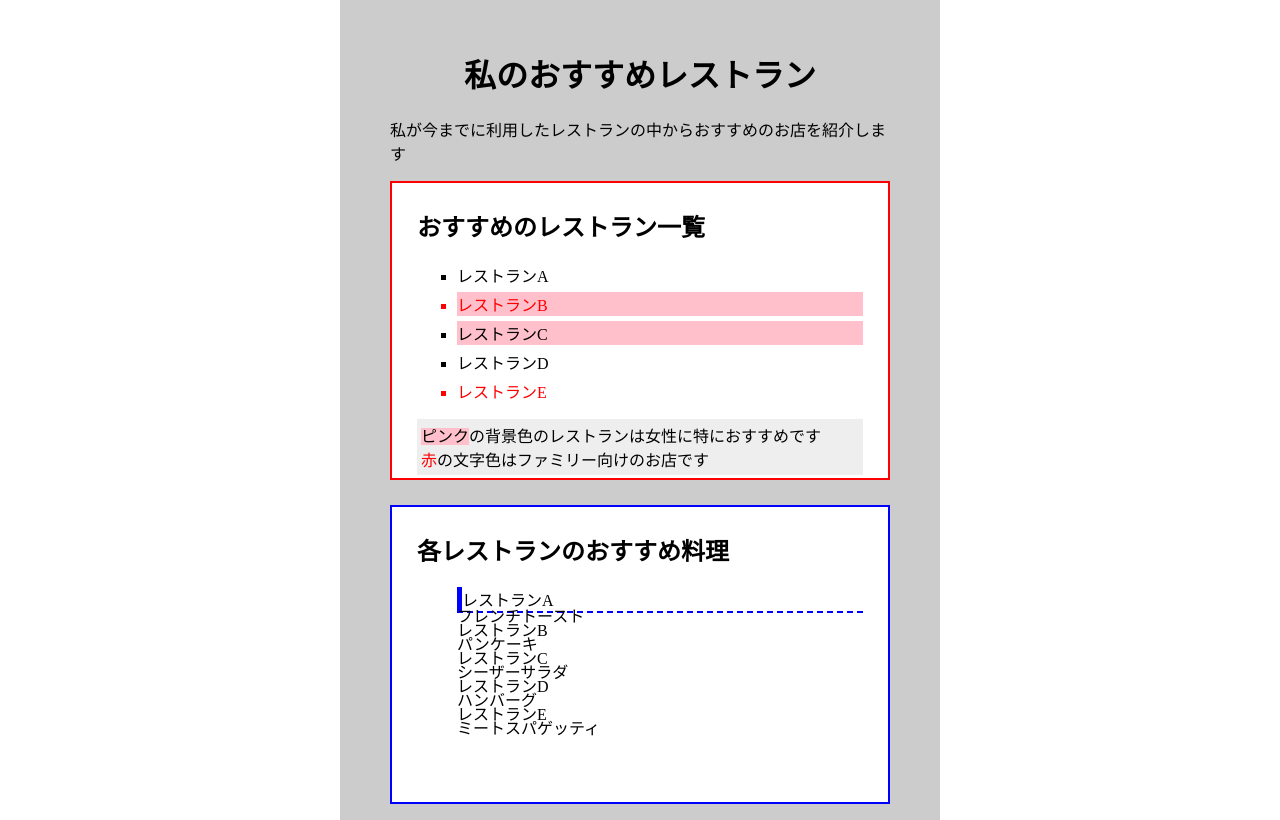
Repository: KubotaAtsushi/samurai_HTML-CSS
Page: 20210330/index.html
The author's editor kept a record of every edit. The page is drawn from the files as they stood at one moment, then again after the next edit.
The browser window is 1280 px wide. The pictures show the whole page.

Above is the page before.

After the next edit:
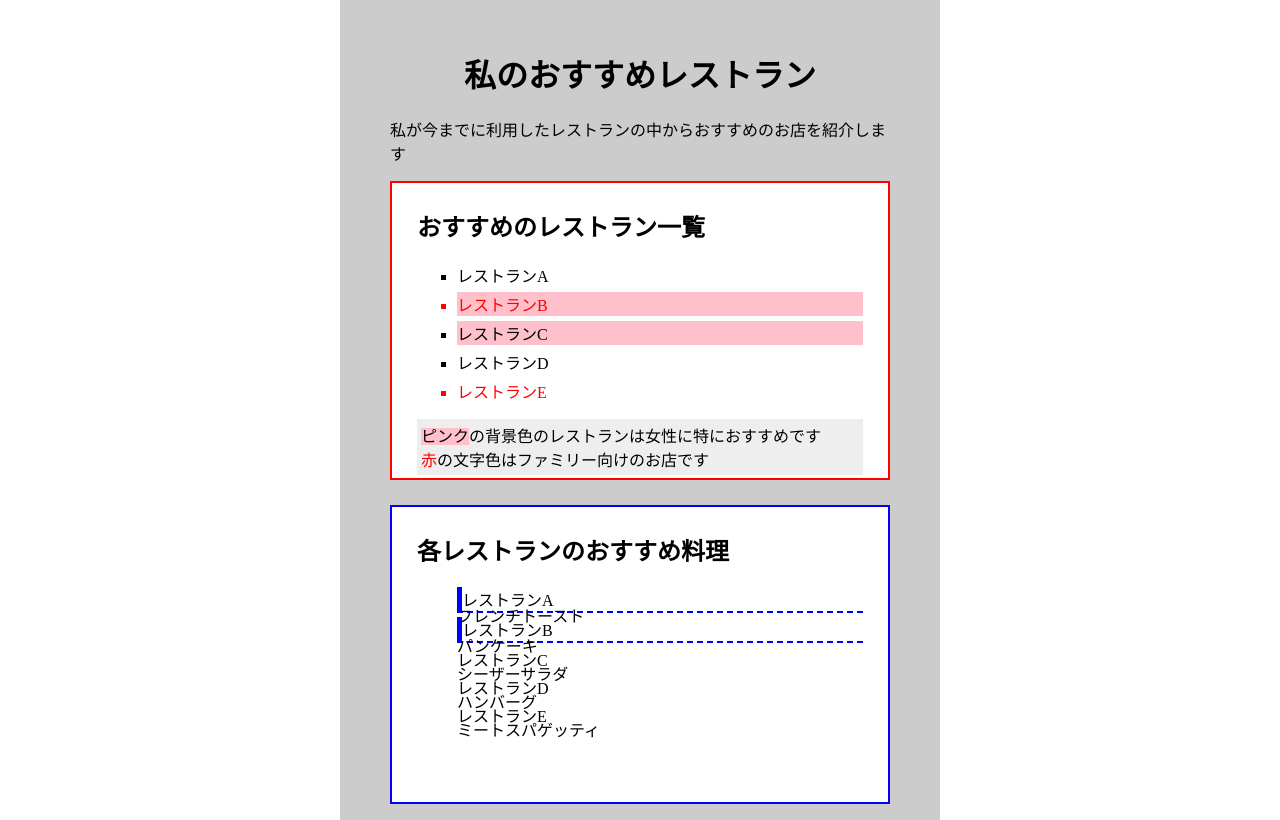
The edit:
--- a/20210330/index.html
+++ b/20210330/index.html
@@ -26,7 +26,7 @@
                 <ul>
                     <li class="left">レストランA</li>
                     <li>フレンチトースト</li>
-                    <li>レストランB</li>
+                    <li class="left">レストランB</li>
                     <li>パンケーキ</li>
                     <li>レストランC</li>
                     <li>シーザーサラダ</li>
